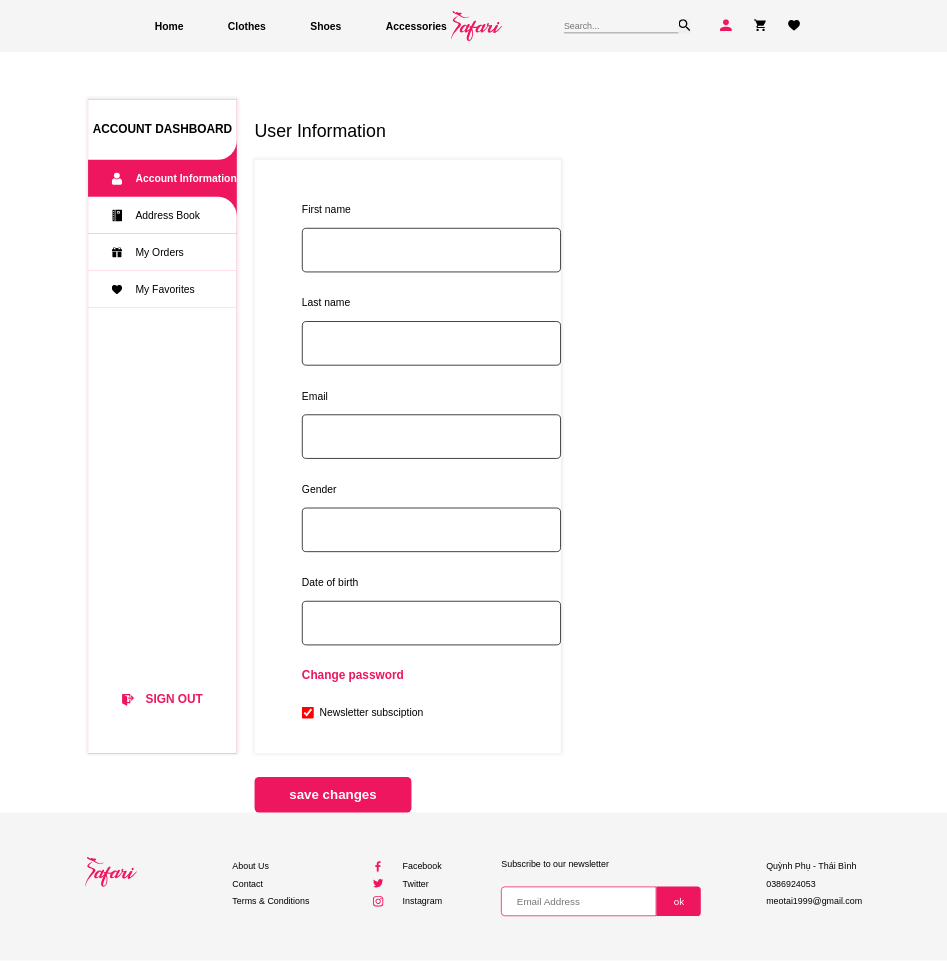
Repository: tboy1999/safari
Page: views/user.html
An editor plug-in stored every save of this project. The page is shown before and after the next save, followed by the edit.
The browser window is 1280 px wide. The pictures show the whole page, at 74% of full size.
Some web libraries are served in a nearby version. The style sheet was rebuilt from its Sass, Less or Tailwind sources for each picture, by a compiler version that may differ from the author's.

Above is the page before, as saved 2022-04-28 16:38:07.

### views/user.html
<!DOCTYPE html>
<html lang="en">
<head>
  <meta charset="UTF-8">
  <meta http-equiv="X-UA-Compatible" content="IE=edge">
  <meta name="viewport" content="width=device-width, initial-scale=1.0">
  <title>user</title>
  <link rel="shortcut icon" href="./image/logo/Logo.svg" type="image/x-icon">
  <link rel="preconnect" href="https://fonts.googleapis.com">
  <link rel="preconnect" href="https://fonts.gstatic.com" crossorigin>
  <link rel="stylesheet" href="https://cdnjs.cloudflare.com/ajax/libs/font-awesome/6.1.1/css/all.min.css" integrity="sha512-KfkfwYDsLkIlwQp6LFnl8zNdLGxu9YAA1QvwINks4PhcElQSvqcyVLLD9aMhXd13uQjoXtEKNosOWaZqXgel0g==" crossorigin="anonymous" referrerpolicy="no-referrer" />
  <link rel="stylesheet" href="../css/grid.css">
  <link rel="stylesheet" href="../css/user.css">
</head>
<body>
  <header id="header" class="header">
    <div class="container">
      <div class="header__container facenter">
        <ul class="header__list facenter fz14-fw600">
          <li class="header__item"><a href="../index.html" class="header__link">Home</a></li>
          <li class="header__item"><a href="./clothes.html" class="header__link">Clothes</a></li>
          <li class="header__item"><a href="./shoes.html" class="header__link">Shoes</a></li>
          <li class="header__item"><a href="./accessories.html" class="header__link">Accessories</a></li>
        </ul>
        <form class="header__search facenter">
          <input type="text" placeholder="Search..." class="fz12">
          <button type="submit"><img src="../image/header/search.svg" alt=""></button>
        </form>
        <div class="header__feature facenter">
          <a href="#" class="header__feature--active">
            <svg width="16" height="16" viewBox="0 0 16 16" fill="inherit" xmlns="http://www.w3.org/2000/svg">
            <path d="M8 0C9.06087 0 10.0783 0.421427 10.8284 1.17157C11.5786 1.92172 12 2.93913 12 4C12 5.06087 11.5786 6.07828 10.8284 6.82843C10.0783 7.57857 9.06087 8 8 8C6.93913 8 5.92172 7.57857 5.17157 6.82843C4.42143 6.07828 4 5.06087 4 4C4 2.93913 4.42143 1.92172 5.17157 1.17157C5.92172 0.421427 6.93913 0 8 0ZM8 10C12.42 10 16 11.79 16 14V16H0V14C0 11.79 3.58 10 8 10Z"/>
            </svg>
          </a>
          <a href="./cart.html">
            <svg width="16" height="16" viewBox="0 0 16 16" fill="inherit" xmlns="http://www.w3.org/2000/svg">
              <path d="M12.8 12.8C11.912 12.8 11.2 13.512 11.2 14.4C11.2 14.8243 11.3686 15.2313 11.6686 15.5314C11.9687 15.8314 12.3757 16 12.8 16C13.2243 16 13.6313 15.8314 13.9314 15.5314C14.2314 15.2313 14.4 14.8243 14.4 14.4C14.4 13.9757 14.2314 13.5687 13.9314 13.2686C13.6313 12.9686 13.2243 12.8 12.8 12.8ZM0 0V1.6H1.6L4.48 7.672L3.392 9.632C3.272 9.856 3.2 10.12 3.2 10.4C3.2 10.8243 3.36857 11.2313 3.66863 11.5314C3.96869 11.8314 4.37565 12 4.8 12H14.4V10.4H5.136C5.08296 10.4 5.03209 10.3789 4.99458 10.3414C4.95707 10.3039 4.936 10.253 4.936 10.2C4.936 10.16 4.944 10.128 4.96 10.104L5.68 8.8H11.64C12.24 8.8 12.768 8.464 13.04 7.976L15.904 2.8C15.96 2.672 16 2.536 16 2.4C16 2.18783 15.9157 1.98434 15.7657 1.83431C15.6157 1.68429 15.4122 1.6 15.2 1.6H3.368L2.616 0H0ZM4.8 12.8C3.912 12.8 3.2 13.512 3.2 14.4C3.2 14.8243 3.36857 15.2313 3.66863 15.5314C3.96869 15.8314 4.37565 16 4.8 16C5.22435 16 5.63131 15.8314 5.93137 15.5314C6.23143 15.2313 6.4 14.8243 6.4 14.4C6.4 13.9757 6.23143 13.5687 5.93137 13.2686C5.63131 12.9686 5.22435 12.8 4.8 12.8Z"/>
            </svg>
          </a>
          <a href="#">
            <svg width="16" height="15" viewBox="0 0 16 15" fill="inherit"
            xmlns="http://www.w3.org/2000/svg">
              <path d="M14.7307 1.39307C13.9025 0.494751 12.766 0 11.5304 0C10.6068 0 9.76099 0.291992 9.01636 0.867798C8.64062 1.15845 8.30017 1.51404 8 1.92908C7.69995 1.51416 7.35938 1.15845 6.98352 0.867798C6.23901 0.291992 5.39319 0 4.4696 0C3.23401 0 2.09741 0.494751 1.26917 1.39307C0.450806 2.28088 0 3.49377 0 4.80847C0 6.16162 0.504272 7.40027 1.58691 8.70667C2.55542 9.87524 3.94739 11.0615 5.55933 12.4352C6.10974 12.9043 6.73364 13.436 7.38147 14.0024C7.55261 14.1523 7.77222 14.2349 8 14.2349C8.22766 14.2349 8.44739 14.1523 8.61829 14.0027C9.26611 13.4362 9.89038 12.9042 10.441 12.4348C12.0527 11.0614 13.4447 9.87524 14.4132 8.70654C15.4958 7.40027 16 6.16162 16 4.80835C16 3.49377 15.5492 2.28088 14.7307 1.39307Z"/>
            </svg>
          </a>
        </div>
        <div class="header__logo">
          <a href="../index.html"><img src="../image/logo/Logo.svg" alt=""></a>
        </div>
      </div>
    </div>
  </header>

  <main id="user" class="user">
    <div class="container">
      <div class="user__container">
        <div class="row">
          <div class="col xxl-3">
            <div class="user__list flex-column">
              <div class="user__item fz16-fw800 user__item--prev">ACCOUNT DASHBOARD</div>
              <div class="user__item user__tag facenter gap18 fz14 user__item--active">
                <svg width="14" height="17" viewBox="0 0 14 17" fill="inherit" xmlns="http://www.w3.org/2000/svg">
                  <path d="M6.89428 8.08322C8.00476 8.08322 8.96635 7.68493 9.75204 6.89912C10.5377 6.11343 10.936 5.15209 10.936 4.04148C10.936 2.93125 10.5377 1.96979 9.75191 1.18384C8.9661 0.398284 8.00463 0 6.89428 0C5.78366 0 4.82233 0.398284 4.03664 1.18397C3.25095 1.96966 2.85254 2.93112 2.85254 4.04148C2.85254 5.15209 3.25095 6.11356 4.03677 6.89924C4.82258 7.6848 5.78405 8.08322 6.89428 8.08322Z"/>
                  <path d="M13.9661 12.9033C13.9434 12.5764 13.8976 12.2197 13.8301 11.843C13.762 11.4636 13.6743 11.1049 13.5693 10.777C13.4609 10.4381 13.3134 10.1034 13.1311 9.78274C12.9419 9.44988 12.7196 9.16003 12.4702 8.92152C12.2094 8.672 11.8902 8.47139 11.5209 8.32506C11.153 8.17949 10.7452 8.10575 10.3091 8.10575C10.1378 8.10575 9.97209 8.17603 9.65216 8.38433C9.45526 8.51274 9.22494 8.66125 8.96787 8.8255C8.74805 8.96556 8.45026 9.09679 8.08245 9.21559C7.72359 9.33171 7.35924 9.3906 6.99962 9.3906C6.63999 9.3906 6.27576 9.33171 5.91653 9.21559C5.5491 9.09692 5.25131 8.96569 5.03175 8.82563C4.77711 8.66291 4.54666 8.5144 4.34682 8.3842C4.02727 8.17591 3.86148 8.10562 3.69018 8.10562C3.25387 8.10562 2.84624 8.17949 2.47843 8.32518C2.10946 8.47126 1.79004 8.67187 1.529 8.92165C1.27973 9.16029 1.05736 9.45001 0.868391 9.78274C0.686212 10.1034 0.538727 10.438 0.430163 10.7771C0.32531 11.105 0.237614 11.4636 0.169505 11.843C0.102036 12.2192 0.0562028 12.576 0.0335425 12.9037C0.0112662 13.2248 0 13.5581 0 13.8946C0 14.7706 0.278453 15.4797 0.827551 16.0027C1.36986 16.5188 2.08744 16.7806 2.96006 16.7806H11.0399C11.9126 16.7806 12.6299 16.5189 13.1723 16.0027C13.7215 15.4801 14 14.7708 14 13.8945C13.9999 13.5564 13.9885 13.2229 13.9661 12.9033Z"/>
                  </svg>

                Account Information
              </div>
              <div class="user__item user__tag facenter gap18 fz14 user__item--next">
                <svg width="14" height="17" viewBox="0 0 14 17" fill="inherit" xmlns="http://www.w3.org/2000/svg">
                  <path d="M1.00448 5.0538H0.470852C0.210816 5.0538 0 5.26462 0 5.52465C0 5.78469 0.210816 5.99551 0.470852 5.99551H1.00448V5.0538Z"/>
                  <path d="M1.00448 12.5874H0.470852C0.210816 12.5874 0 12.7982 0 13.0583C0 13.3183 0.210816 13.5291 0.470852 13.5291H1.00448V12.5874Z"/>
                  <path d="M1.00448 10.0762H0.470852C0.210816 10.0762 0 10.287 0 10.5471C0 10.8071 0.210816 11.0179 0.470852 11.0179H1.00448V10.0762Z"/>
                  <path d="M1.00448 7.56503H0.470852C0.210816 7.56503 0 7.77585 0 8.03588C0 8.29592 0.210816 8.50674 0.470852 8.50674H1.00448V7.56503Z"/>
                  <path d="M1.00448 2.5426H0.470852C0.210816 2.5426 0 2.75342 0 3.01345C0 3.27349 0.210816 3.48431 0.470852 3.48431H1.00448V2.5426Z"/>
                  <path d="M4.01834 0H2.41744C1.63856 0 1.00488 0.633673 1.00488 1.41256V2.5426H2.48022C2.74025 2.5426 2.95107 2.75342 2.95107 3.01345C2.95107 3.27349 2.74025 3.4843 2.48022 3.4843C2.05168 3.4843 1.466 3.4843 1.00488 3.4843V5.05381H2.48022C2.74025 5.05381 2.95107 5.26463 2.95107 5.52466C2.95107 5.7847 2.74025 5.99552 2.48022 5.99552C1.71562 5.99552 2.16255 5.99552 1.00488 5.99552V7.56502H2.48022C2.74025 7.56502 2.95107 7.77584 2.95107 8.03587C2.95107 8.29591 2.74025 8.50673 2.48022 8.50673C2.05168 8.50673 1.466 8.50673 1.00488 8.50673V10.0762H2.48022C2.74025 10.0762 2.95107 10.287 2.95107 10.5471C2.95107 10.8071 2.74025 11.0179 2.48022 11.0179C1.71562 11.0179 2.16255 11.0179 1.00488 11.0179V12.5874H2.48022C2.74025 12.5874 2.95107 12.7983 2.95107 13.0583C2.95107 13.3183 2.74025 13.5291 2.48022 13.5291C2.05168 13.5291 1.466 13.5291 1.00488 13.5291V14.6592C1.00488 15.4381 1.63856 16.0717 2.41744 16.0717H4.01834V0Z"/>
                  <path d="M7.94141 3.48431H10.0759V4.55158H7.94141V3.48431Z"/>
                  <path d="M12.5878 0H4.95996V16.0717H12.5878C13.3666 16.0717 14.0003 15.4381 14.0003 14.6592V1.41256C14.0003 0.633673 13.3666 0 12.5878 0ZM11.0183 5.02242C11.0183 5.28246 10.8074 5.49327 10.5474 5.49327H7.47117C7.21114 5.49327 7.00032 5.28246 7.00032 5.02242V3.01345C7.00032 2.75342 7.21114 2.5426 7.47117 2.5426H10.5474C10.8074 2.5426 11.0183 2.75342 11.0183 3.01345V5.02242Z"/>
                  </svg>

                Address Book
              </div>
              <div class="user__item user__tag facenter gap18 fz14">
                <svg width="14" height="14" viewBox="0 0 14 14" fill="inherit" xmlns="http://www.w3.org/2000/svg">
                  <path d="M13.0869 2.71463H12.0679C12.2023 2.5019 12.291 2.2631 12.3163 2.01056C12.3971 1.20345 11.972 0.479938 11.2484 0.159169C10.5832 -0.135678 9.83572 -0.0151468 9.29746 0.473048L8.01066 1.63926C7.76006 1.36516 7.39981 1.1929 6.99999 1.1929C6.59946 1.1929 6.23863 1.36571 5.98797 1.64065L4.69953 0.472911C4.1604 -0.0152835 3.4132 -0.13535 2.74834 0.159333C2.02488 0.48013 1.59974 1.20389 1.68079 2.01097C1.70614 2.26332 1.79479 2.502 1.92918 2.71463H0.913033C0.408761 2.71463 0 3.12342 0 3.62766V4.99723C0 5.24934 0.204394 5.45376 0.45653 5.45376H13.5435C13.7956 5.45376 14 5.24936 14 4.99723V3.62766C14 3.12342 13.5912 2.71463 13.0869 2.71463ZM5.63042 2.56246V2.71463H3.48277C2.91533 2.71463 2.46875 2.18564 2.61048 1.59485C2.6729 1.33467 2.8607 1.11289 3.10359 1.00062C3.43713 0.846453 3.8066 0.895945 4.08673 1.1495L5.63081 2.54901C5.63072 2.55352 5.63042 2.55795 5.63042 2.56246ZM11.4104 1.88934C11.3763 2.36384 10.9477 2.71468 10.472 2.71468H8.36955V2.56252C8.36955 2.55713 8.36922 2.5518 8.36917 2.54641C8.71895 2.22933 9.47776 1.54158 9.88931 1.16853C10.1232 0.956539 10.4505 0.857582 10.753 0.947816C11.1872 1.07732 11.4421 1.44651 11.4104 1.88934Z"/>
                  <path d="M0.913086 6.36679V13.0624C0.913086 13.5667 1.32185 13.9755 1.82612 13.9755H6.08698V6.36679H0.913086Z"/>
                  <path d="M7.91309 6.36679V13.9755H12.1739C12.6782 13.9755 13.087 13.5667 13.087 13.0624V6.36679H7.91309Z"/>
                  </svg>

                My Orders
              </div>
              <div class="user__item user__tag facenter gap18 fz14">
                <svg width="14" height="13" viewBox="0 0 14 13" fill="inherit" xmlns="http://www.w3.org/2000/svg">
                  <path d="M12.8894 1.21893C12.1647 0.432907 11.1702 0 10.0891 0C9.28096 0 8.54086 0.255493 7.88931 0.759323C7.56055 1.01364 7.26265 1.32478 7 1.68794C6.73746 1.32489 6.43945 1.01364 6.11058 0.759323C5.45914 0.255493 4.71904 0 3.9109 0C2.82976 0 1.83524 0.432907 1.11052 1.21893C0.394455 1.99577 0 3.05705 0 4.20741C0 5.39142 0.441238 6.47523 1.38855 7.61833C2.23599 8.64084 3.45396 9.67883 4.86441 10.8808C5.34602 11.2913 5.89194 11.7565 6.45879 12.2521C6.60854 12.3833 6.80069 12.4555 7 12.4555C7.1992 12.4555 7.39146 12.3833 7.541 12.2523C8.10785 11.7566 8.65408 11.2912 9.13591 10.8805C10.5461 9.67873 11.7641 8.64084 12.6116 7.61823C13.5589 6.47523 14 5.39142 14 4.20731C14 3.05705 13.6055 1.99577 12.8894 1.21893Z"/>
                  </svg>
                My Favorites
              </div>
              <div class="user__item fz16"><img src="../image/user/checkout.svg" alt="">SIGN OUT</div>
            </div>
          </div>
          <div class="col xxl-9">
            <form action="">
              <h3 class="fz24">User Information</h3>
              <div class="form__account-infomation flex-column">
                <label for="first-name">First name</label>
                <input type="text" id="first-name">
                <label for="last-name">Last name</label>
                <input type="text" id="last-name">
                <label for="email">Email</label>
                <input type="text" id="email">
                <label for="create-password">Gender</label>
                <input type="text" id="create-password">
                <label for="confirm-password">Date of birth</label>
                <input type="text" id="confirm-password">
                <a href="#" class="fz16">Change password</a>
                <label class="facenter gap8">
                  <input type="checkbox" checked="checked">
                  Newsletter subsciption
                </label>
              </div>
              <button type="submit" class="fz18">save changes</button>
            </form>
          </div>
        </div>
      </div>
    </div>
  </main>

  <footer class="footer">
    <div class="container">
      <div class="footer__container d-flex fz12">
        <div class="footer__logo">
          <a href="../index.html"><img src="../image/logo/Logo.svg" alt=""></a>
        </div>
        <div class="footer__body d-flex gap80">
          <ul class="footer__pages">
            <li class="footer__item fz12"><a href="#">About Us</a></li>
            <li class="footer__item fz12"><a href="#">Contact</a></li>
            <li class="footer__item fz12"><a href="#">Terms & Conditions</a></li>
          </ul>
          <ul class="footer__networks">
            <li class="footer__item facenter gap20">
              <div class="footer__icon flex-center">
                <a href="#" class="facenter"><img src="../image/footer/fb.svg" alt=""></a>
              </div>
              <p><a href="#">Facebook</a></p>
            </li>
            <li class="footer__item facenter gap20">
              <div class="footer__icon flex-center">
                <a href="#" class="facenter"><img src="../image/footer/twitter.svg" alt=""></a>
              </div>
              <p><a href="#">Twitter</a></p>
            </li>
            <li class="footer__item facenter gap20">
              <div class="footer__icon flex-center">
                <a href="#" class="facenter"><img src="../image/footer/instagram.svg" alt=""></a>
              </div>
              <p><a href="#">Instagram</a></p>
            </li>
          </ul>
          <div class="footer__input">
            <p>Subscribe to our newsletter</p>
            <form action="" class="facenter footer__form">
              <input type="text" placeholder="Email Address">
              <button type="submit">ok</button>
            </form>
          </div>
        </div>
        <div class="footer__info">
          <p>Quỳnh Phụ - Thái Bình</p>
          <p>0386924053</p>
          <p>meotai1999@gmail.com</p>
        </div>
      </div>
    </div>
  </footer>

  <script src="../js/user.js"></script>
</body>
</html>

### scss/user.scss
@import 'reset';
@import 'variable';
@import 'global';
@import 'alike';
@import 'header';
@import 'footer';

.user {
  margin-top: 134px;
  &__container {
    margin: 0 64px;
  }
  &__list {
    height: 884px;
    box-shadow: 0px 0px 5px 1px rgba(0, 0, 0, 0.1);
    background-color: $primary-color;
  }
  &__item {
    background-color: #fff;
    &.user__item--prev {
      border-radius: 0 0 26px 0;
    }
    &.user__item--next {
      border-radius: 0 26px 0 0;
    }
    &.user__item--active {
      background-color: transparent;
      color: #fff;
      fill: #fff;
      font-weight: 800;
    }
  }
  &__item:first-child {
    padding: 32px 0;
    text-align: center;
  }
  &__item:not(:first-child,:last-child) {
    padding: 16px 0 16px 32px ;
    cursor: pointer;
  }
  &__item:last-child {
    flex: 1;
    padding-bottom: 64px;
    display: flex;
    align-items: end;
    justify-content: center;
    gap: 16px;
    color: $primary-color;
    cursor: pointer;
  }
  h3 {
    margin-top: 25px;
    margin-bottom: 22px;
  }
  .form__account-infomation {
    padding: 58px 0 46px 64px;
    background: #FFFFFF;
    box-shadow: 0px 0px 5px 1px rgba(0, 0, 0, 0.1);
    input {
      max-width: 350px;
      height: 60px;
      margin-bottom: 32px;
      border-radius: 6px;
      padding-left: 20px;
      font-size: 30px;
      border: 1px solid #000000;
    }
    input[type="checkbox"] {
      width: 16px;
      height: 16px;
      accent-color: red;
      margin: 0
    }
    label {
      font-weight: 400;
      font-size: 1.4rem;
      line-height: calc(18/14);
      margin-bottom: 16px;
    }

    a {
      color: $primary-color;
      margin-bottom: 32px;
    }

    label:last-child {
      margin-bottom: 0;
    }
  }
  form {
    button {
      padding: 12px 47px;
      background: $primary-color;
      color: #fff;
      border-radius: 6px;
      margin-top: 32px;
    }

  }
}

### scss/_reset.scss
* {
  padding: 0;
  margin: 0;
  box-sizing: border-box;
}

html:focus-within {
  scroll-behavior: smooth;
}

a,
button {
  display: block;
  outline: none;
  border: none;
  text-decoration: none;
  color: inherit;
  cursor: pointer;
}

input {
  outline: none;
}

ul {
  list-style-type: none;
}

// img {
//   width: 100%;
//   height: 100%;
//   object-fit: cover;
// }

### scss/_variable.scss
$text-color: #686868;
$primary-color: #ED165F;

$header-background-color: #F5F5F5;
$footer-background-color: #F5F5F5;

### scss/_global.scss
html {
  font-size: 10px;
  line-height: 1;
  scroll-behavior: smooth !important;
}

body {
  font-family: 'Mulish', sans-serif;
}

body .auto-top {
  display: none;
  position: fixed;
  right: 50px;
  top: 50%;
  width: 60px;
  height: 50px;
  border: 1px solid #000000;
  border-radius: 5px;
  animation: autoTop 2s ease-in-out;
  animation-iteration-count: infinite;
}
@keyframes autoTop {
  from {
    transform: translateY(0)
  }
  to {
    transform: translateY(-20px)
  }
}

.facenter {
  display: flex;
  align-items: center;
}

.facb {
  display:flex;
  justify-content: space-between;
  align-items: center;
}

.flex-center {
  display: flex;
  justify-content: center;
  align-items: center;
}

.d-flex {
  display: flex;
  flex-wrap: wrap;
}

.flex-column {
  display: flex;
  flex-direction: column;
}

.gap64 {
  gap: 64px
}

.gap80 {
  gap: 0 80px
}

.gap32 {
  gap: 32px
}

.gap20 {
  gap: 0 20px
}

.gap18 {
  gap: 18px;
}

.gap16 {
  gap: 16px
}
.gap8 {
  gap: 8px
}

### scss/_alike.scss
.fz40 {
  font-weight: 700;
  font-size: 4rem;
  line-height: calc(24/40);
}

.fz30 {
  font-weight: 600;
  font-size: 30px;
}


.fz24 {
  font-weight: 400;
  font-size: 2.4rem;
  line-height: calc(35/24);
  &-fw600 {
    font-weight: 600;
    font-size: 2.4rem;
    line-height: calc(35/24);
  }
  &-fw800 {
    font-weight: 800;
    font-size: 2.4rem;
    line-height: calc(35/24);
  }
}

.fz20 {
  font-weight: 400;
  font-size: 2rem;
  line-height: calc(23/20);
  &-fw800 {
    font-weight: 800;
    font-size: 2rem;
    line-height: calc(23/20);
  }
  &-fw600 {
    font-weight: 600;
    font-size: 2rem;
    line-height: calc(23/20);
  }
}

.fz18 {
  font-weight: 800;
  font-size: 1.8rem;
  line-height: calc(24/18);
}

.fz16 {
  font-weight: 600;
  font-size: 1.6rem;
  line-height: calc(18/16);
  color: $text-color;
  &-fw800 {
    font-weight: 800;
    font-size: 1.6rem;
    line-height: calc(18/16);
  }
}

.fz14 {
  font-weight: 400;
  font-size: 1.4rem;
  line-height: calc(18/14);
  &-fw600 {
    font-weight: 600;
    font-size: 1.4rem;
    line-height: calc(18/14);
  }
}

.fz12 {
  font-weight: 400;
  font-size: 1.2rem;
  line-height: calc(18/12);
}

.fz10 {
  font-weight: 700;
  font-size: 1rem;
  line-height: calc(18/10);
}

### scss/_header.scss
.header {
  position: fixed;
  top: 0;
  left: 0;
  right: 0;
  z-index: 99999;
  background-color: $header-background-color;
  &__container {
    height: 70px;
    padding: 0 144px;
  }
  &__list {
    gap: 0 40px;
    flex: 1
  }
  &__search {
    input {
      border:none;
      border-bottom: 1px solid rgba(0, 0, 0, 0.5);
      color: rgba(0, 0, 0, 0.5);
      background-color: inherit;
    }
  }
  &__link {
    padding: 6px 10px;
    transition: all 0.2s linear;
    position: relative;
    &::after {
      content: "";
      position: absolute;
      width: 0;
      left: auto;
      right: 0;
      bottom: 0;
      height: 1px;
      transition: all 0.2s linear;
      background-color: red;
    }
    &:hover {
      color: $primary-color;
      &::after {
        width: 100%;
        right: auto;
        left: 0
      }
    }
    &.header__item--active {
      color: $primary-color;
      font-weight: 800;
      &::after {
        width: 100%;
      }
    }
  }
  &__feature {
    gap: 0 30px;
    margin-left: 40px;
    .header__feature--active {
      fill: $primary-color;
    }
  }
  &__logo {
    position: absolute;
    left: 47.57%;
    right: 47.57%;
    top: 21.43%;
    bottom: 20.93%;
  }
}

### scss/_footer.scss
.footer {
  background-color: $footer-background-color;
  &__container {
    padding: 60px;
  }
  &__pages {
    margin-left: 129px;
    a {
      padding: 3px 0;
    }
  }
  &__networks {
    a {
      padding: 3px 0
    }
  }
  &__icon {
    width: 26px
  }
  &__body {
    flex: 1
  }
  &__form {
    margin-top: 22px;
    width: 270px;
    height: 40px;
    border-radius: 5px;
    input {
      border: 1px solid $primary-color;
      padding: 0 0 0 20px;
      height: inherit;
      flex: 1;
      border-top-left-radius: 5px;
      border-bottom-left-radius: 5px;
    }
    button {
      width: 60px;
      height: inherit;
      background-color: $primary-color;
      color: #fff;
      border-top-right-radius: 5px;
      border-bottom-right-radius: 5px;
    }
  }
  &__info {
    p {
      padding: 3px 0
    }
  }
}

Loaded but not shown: js/user.js (15 lines, source omitted); css/grid.css (721 lines, source omitted)

After the next save:
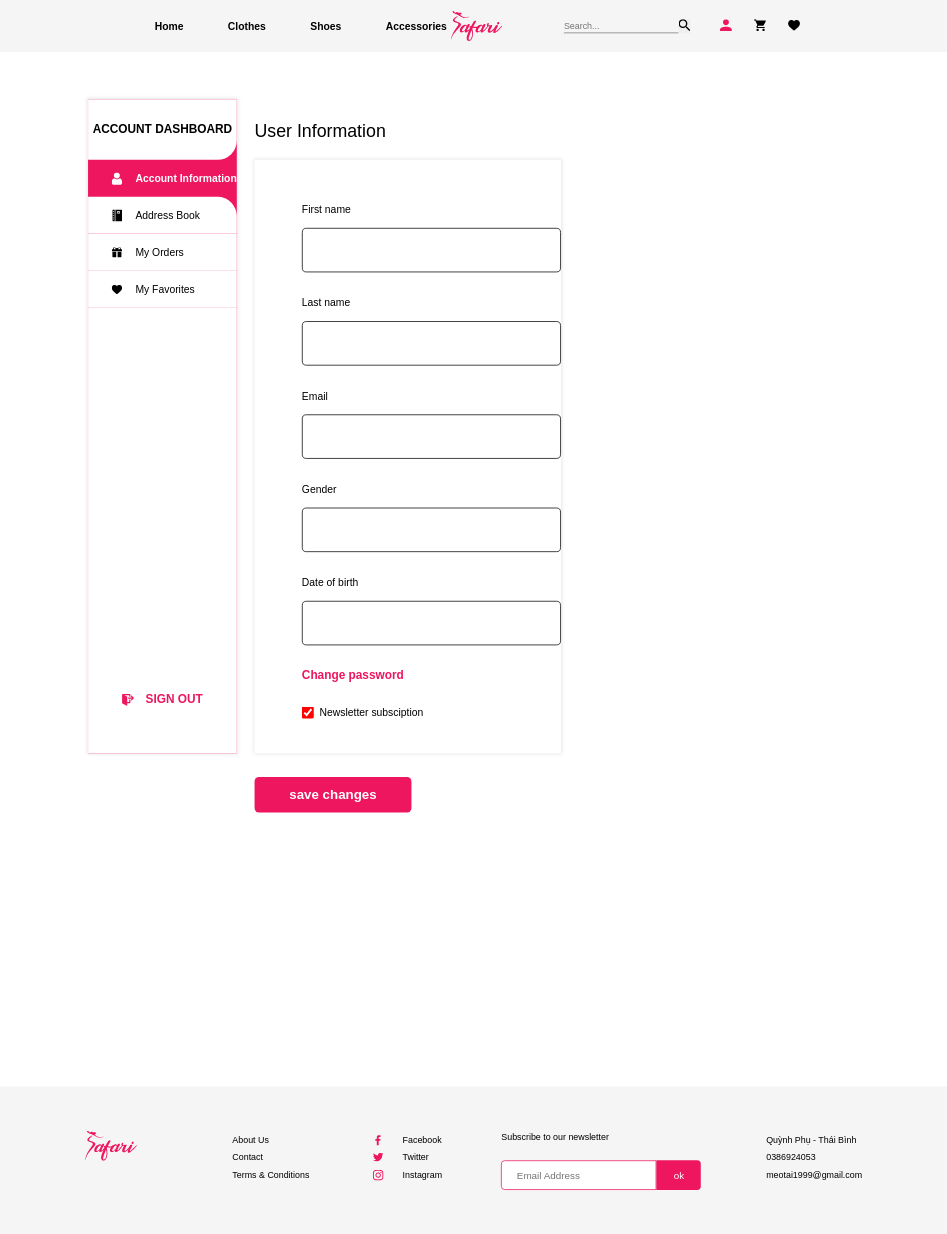
Saved 32 s later.
--- a/scss/user.scss
+++ b/scss/user.scss
@@ -7,6 +7,7 @@
 
 .user {
   margin-top: 134px;
+  margin-bottom: 370px;
   &__container {
     margin: 0 64px;
   }
